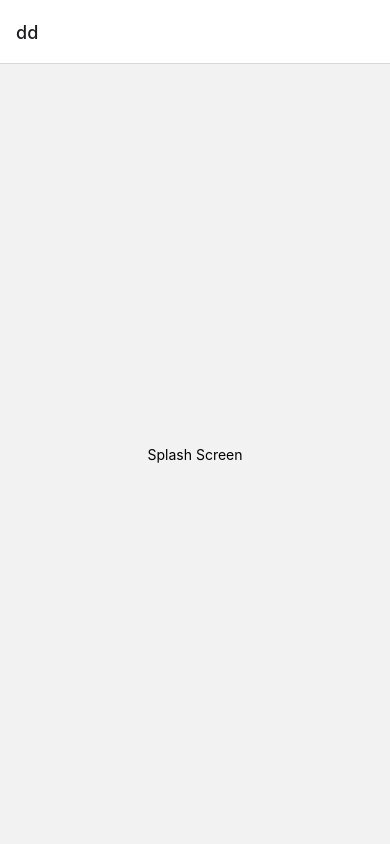
Repository: moronkids/react-native-non-expo
Screen: /
These files come from the project's save history. The screen is drawn as it stood at one moment and after the next save; the edit follows.
The app was drawn by React Native's web renderer in a window 390 px wide. The project was rebuilt for these pictures with package versions that can differ from the ones it lists, and the page was loaded fresh each time.

Above is the screen before, as saved 2025-01-11 13:53:33.

### App.tsx
import Routes from './routes';
const App = () => <Routes />

export default App;

### routes.tsx

import SplashScreen from '@/screens/splashScreen';
import { NavigationContainer } from '@react-navigation/native';
import { createNativeStackNavigator } from '@react-navigation/native-stack';
import React from 'react';

const RootStack = () => {
    const Stack = createNativeStackNavigator();
    return (
        <Stack.Navigator screenOptions={{
            contentStyle: {
                alignItems: 'center',
                justifyContent: 'center',
                display: 'flex',
            },
            title: 'dd',

        }}>
            <Stack.Screen name="SplashScreen" component={SplashScreen} />
        </Stack.Navigator>
    );
};

const Routes = () => {
    return (
        <NavigationContainer>
            <RootStack />
        </NavigationContainer>
    );
};

export default Routes;

### src/screens/splashScreen/index.tsx
import React from 'react';
import { Text, View } from 'react-native';

function Index() {
    return (
        <View style={{
            display: 'flex',
            justifyContent: 'center',
            alignItems: 'center',
            height: '100%'
        }}>
            <Text style={{
                textAlign: 'center',
            }}>
                Splash Screen
            </Text>
        </View>
    );
}

export default Index;

After the next save:
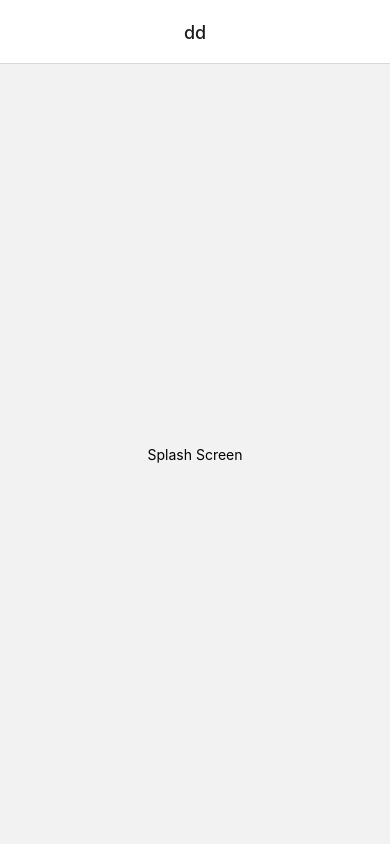
Saved 83 s later.
--- a/routes.tsx
+++ b/routes.tsx
@@ -8,12 +8,8 @@ const RootStack = () => {
     const Stack = createNativeStackNavigator();
     return (
         <Stack.Navigator screenOptions={{
-            contentStyle: {
-                alignItems: 'center',
-                justifyContent: 'center',
-                display: 'flex',
-            },
             title: 'dd',
+            headerTitleAlign: 'center',
 
         }}>
             <Stack.Screen name="SplashScreen" component={SplashScreen} />
